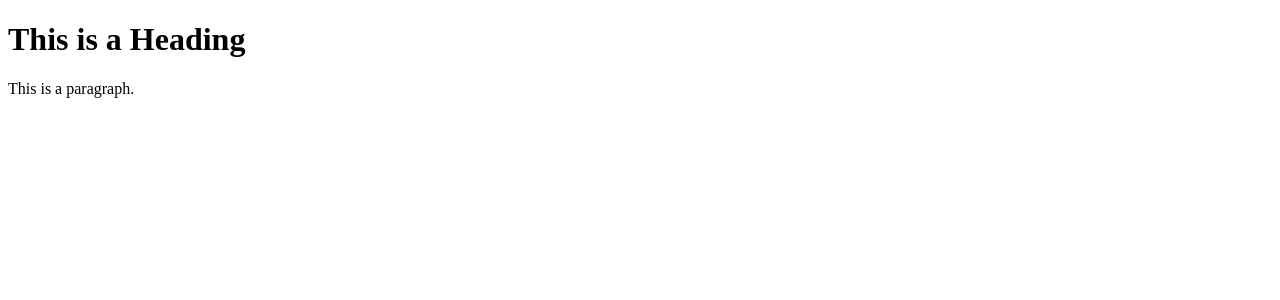
Repository: mativan15/mativan15
Page: homepage.html
These files come from the project's save history. The page is drawn as it stood at one moment and after the next save; the edit follows.
The browser window is 1280 px wide. The pictures show the whole page.

Above is the page before, as saved 2023-10-20 16:08:28.

After the next save:
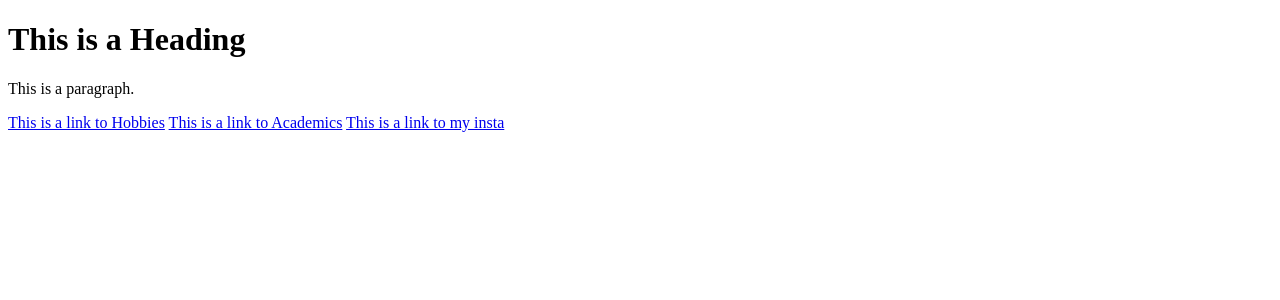
Saved 2 min 54 s later.
--- a/homepage.html
+++ b/homepage.html
@@ -1,12 +1,17 @@
 <!DOCTYPE html>
-<html lang="es">
+<html lang="en">
 <head>
     <meta charset="UTF-8">
     <meta name="viewport" content="width=device-width, initial-scale=1.0">
-    <title>Iván Matthías Sardón Medina</title>
+    <title>Iván Sardón - HomePage</title>
 </head>
 <body>
     <h1>This is a Heading</h1>
     <p>This is a paragraph.</p>
+
+    <a href="hobbies.html">This is a link to Hobbies</a>
+    <a href="academics.html">This is a link to Academics</a>
+    <a href="https://www.instagram.com/ivimatthiass/">This is a link to my insta</a>
+
 </body>
 </html>
